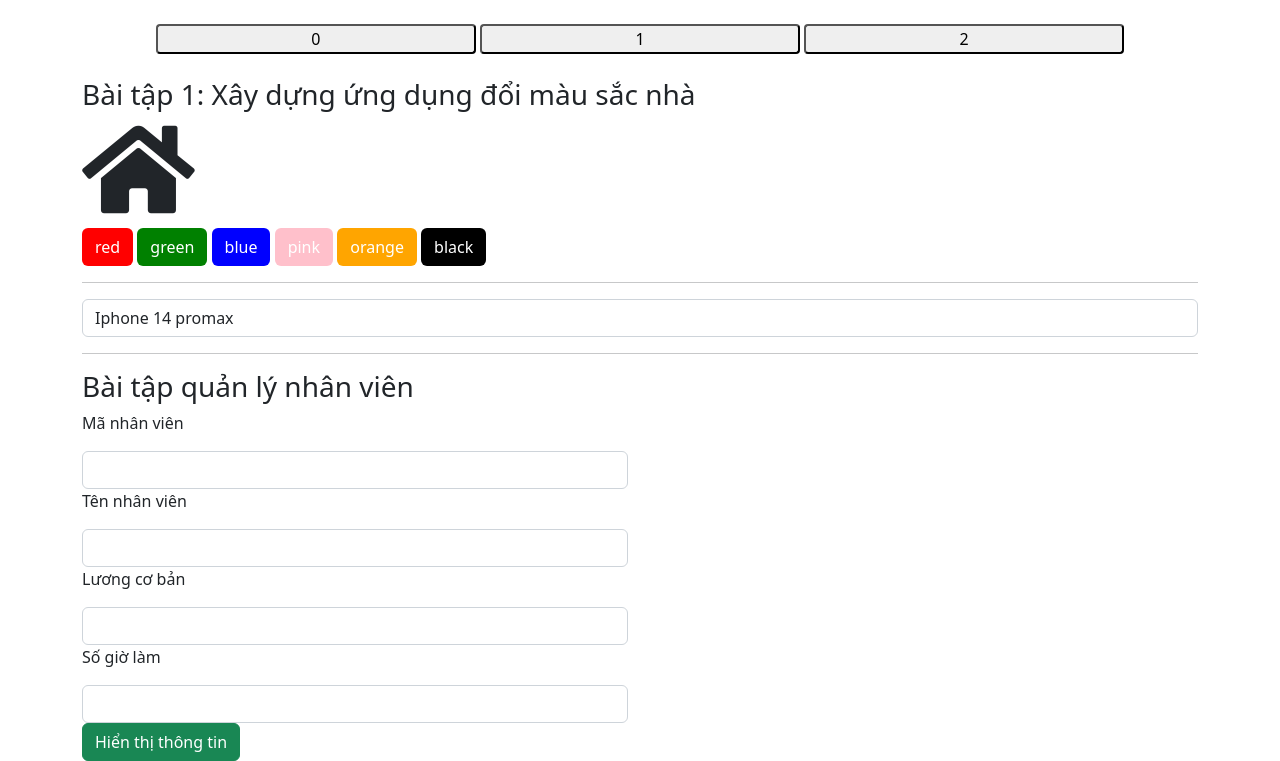
Repository: hcozyph/CyberSoft_Bai_Tap_Tren_Lop
Page: ES6/ES6_BASIC/index.html
An editor plug-in stored every save of this project. The page is shown before and after the next save, followed by the edit.
The browser window is 1280 px wide. The pictures show the whole page.
Some web libraries are served in a nearby version.

Above is the page before, as saved 2023-03-22 20:12:51.

### ES6/ES6_BASIC/index.html
<!DOCTYPE html>
<html lang="en">
    <head>
        <title>ES6-BASIC</title>
        <!-- Required meta tags -->
        <meta charset="utf-8" />
        <meta
            name="viewport"
            content="width=device-width, initial-scale=1, shrink-to-fit=no"
        />

        <link
            rel="stylesheet"
            href="https://use.fontawesome.com/releases/v5.1.1/css/all.css"
            integrity="sha384-O8whS3fhG2OnA5Kas0Y9l3cfpmYjapjI0E4theH4iuMD+pLhbf6JI0jIMfYcK3yZ"
            crossorigin="anonymous"
        />
        <!-- Bootstrap CSS v5.2.1 -->
        <link
            href="https://cdn.jsdelivr.net/npm/bootstrap@5.2.1/dist/css/bootstrap.min.css"
            rel="stylesheet"
            integrity="sha384-iYQeCzEYFbKjA/T2uDLTpkwGzCiq6soy8tYaI1GyVh/UjpbCx/TYkiZhlZB6+fzT"
            crossorigin="anonymous"
        />
    </head>

    <body>
        <div class="text-center my-4">
            <button class="w-25 rounded-1">0</button>
            <button class="w-25 rounded-1">1</button>
            <button class="w-25 rounded-1">2</button>
        </div>

        <div class="container">
            <h3>Bài tập 1: Xây dựng ứng dụng đổi màu sắc nhà</h3>
            <i class="fa fa-home" id="home" style="font-size: 100px"></i>

            <div id="colors" class="mt-2">
                <button class="btn text-white" style="background-color: red">
                    Red
                </button>
            </div>
            <hr />
            <input
                type="text"
                name=""
                id="tenSP"
                value="Iphone 14 promax"
                class="form-control"
            />

            <hr />
            <h3>Bài tập quản lý nhân viên</h3>
            <form id="NhanVien">
                <div class="row">
                    <div class="col-md-6">
                        <div class="form-group">
                            <p>Mã nhân viên</p>
                            <input
                                type="text"
                                name=""
                                id="maNhanVien"
                                class="form-control"
                            />
                        </div>
                        <div class="form-group">
                            <p>Tên nhân viên</p>
                            <input
                                type="text"
                                name=""
                                id="tenNhanVien"
                                class="form-control"
                            />
                        </div>
                        <div class="form-group">
                            <p>Lương cơ bản</p>
                            <input
                                type="text"
                                name=""
                                id="luongCoBan"
                                class="form-control"
                            />
                        </div>
                        <div class="form-group">
                            <p>Số giờ làm</p>
                            <input
                                type="text"
                                name=""
                                id="soGioLam"
                                class="form-control"
                            />
                        </div>
                        <div class="form-group">
                            <button class="btn btn-success" type="submit">
                                Hiển thị thông tin
                            </button>
                        </div>
                    </div>
                </div>
            </form>
        </div>

        <!-- Bootstrap JavaScript Libraries -->
        <script
            src="https://cdn.jsdelivr.net/npm/@popperjs/core@2.11.6/dist/umd/popper.min.js"
            integrity="sha384-oBqDVmMz9ATKxIep9tiCxS/Z9fNfEXiDAYTujMAeBAsjFuCZSmKbSSUnQlmh/jp3"
            crossorigin="anonymous"
        ></script>

        <script
            src="https://cdn.jsdelivr.net/npm/bootstrap@5.2.1/dist/js/bootstrap.min.js"
            integrity="sha384-7VPbUDkoPSGFnVtYi0QogXtr74QeVeeIs99Qfg5YCF+TidwNdjvaKZX19NZ/e6oz"
            crossorigin="anonymous"
        ></script>
        <script type="module" src="./index.js"></script>
    </body>
</html>

### ES6/ES6_BASIC/index.js
/*-------  Cơ chế khai báo biến ------ */

/*
PHẠM VI BIẾN
- var: Hỗ trợ cơ chế hoisting, nên phạm vi biến là toàn cục

- let:
    > KHÔNG hỗ trợ cơ chế hoisting khi khai báo biến trùng tên với nhau trên cùng một scope thì browser báo lỗi.
    > Khi khai báo let ở các scope khác nhau thi giá trị sẽ phân biệt.

- const: Tương tự let, tuy nhiên giá trị không được phép gán lại.

=>>> Dùng let thay thế cho var thì khai báo biến trong ES6
*/

// var arrButton = document.querySelectorAll('button');

// for (var index = 0; index < arrButton.length; index++) {
//     let btn = arrButton[index];
//     btn.onclick = function () {
//         alert(btn.innerHTML);
//     }
// }

/*------- HÀM -------*/

//----------declaration function ----- <Hỗ trợ hoisting>
function tenHam() {
    console.log('ten ham');
}

//-----------express function ----- <Không hỗ trợ hoisting>
var showMessage = function () {
    console.log('showMessage');
}


/*
------------- CONTEXT (ngữ cảnh this) ----------------

OBJECT: trong object thì this sẽ là object.

FUNCTION: trong function đối tượng nào thực thi phương thức thì this sẽ là đối tượng đó. Nói cách khác this trong function là function đó.

DEFAULT: this là window.(Khi ngữ cảnh trồng chéo nhau). Nếu mở tính năng module của thẻ script thì sẽ báo lỗi

*/
let hoTen = 'nguyen van teo';
console.log('width:', window.innerWidth);
console.log('title:', window.document.title);
console.log('name:', window.hoTen);


// var sinhvien = {
//     ma: 1,
//     ten: 'Phuoc',
//     hienThiThongTin: function () {
//         function hienThi() {
//             console.log(this.ma);
//             console.log(this.ten);
//         }
//         hienThi();
//     }
// }
// sinhvien.hienThiThongTin();


function Product() {
    this.id = '';
    this.name = '';
    this.showInfo = function () {
        console.log('id', this.id);
        console.log('name', this.name);
    };
}

var prd1 = new Product();
prd1.id = 1;
prd1.name = 'Product A';
prd1.showInfo();

var prd2 = new Product();
prd2.id = 2;
prd2.name = 'Product B';
prd2.showInfo();


/*----------- ARROW FUNCTION  ------------*/

/* Arrow function là cách khai báo hàm với cú pháp '=>'
    + Khai báo hàm ngắn gọn hơn:
        + Đối với hàm chỉ có 1 tham số thì sẽ không cẩn () cho tham số. VD: (title) => {} tương đương title => {}
        + Đối với hàm chỉ có 1 lệnh return thì sẽ không cần ghi chữ return và {}. Ví dụ (a,b)=> {return a+b;} tương đương (a,b) => a+b

    + Loại bỏ được ngữ cảnh (this)
    + Không dùng cho việc khai báo Prototype và cũng không hỗ trợ hoisting => dùng cho mục đích khai báo hàm( hàm không phụ thuộc vào prototype)
*/

var showInfoProduct = () => {
    console.log('Hello hcozyph bc43');
    console.log(this);
}
// var prd = new showInfoProduct();'

var sayHello = (name) => {
    return 'hello' + name;
}

var sayHelloArrow = name => `hello ${name}`;

/* -----------BÀI TẬP ----------------- */
let arrColors = ['red', 'green', 'blue', 'pink', 'orange', 'black'];


////Cách 1: tạo ra các button bằng DOM => append lên ui
// let renderButton = () => {
//     for (let index = 0; index < arrColors.length; index++) {
//         let color = arrColors[index];
//         //Tạo button
//         let btn = document.createElement('button');
//         btn.className = 'btn';
//         btn.style.background = color;
//         btn.innerHTML = color;
//         btn.onclick = function () {
//             document.getElementById('home').style.color = color;
//         }
//         document.getElementById('colors').appendChild(btn);
//     }
// }


////Cách 2:
let renderButton = (array) => {
    let htmlString = '';
    for (var index = 0; index < array.length; index++) {
        let color = array[index];
        htmlString += `
            <button class="btn text-white" style="background-color: ${color}" onclick="changeColor('${color}')">${color}</button>
        `
    }
    console.log(htmlString);
    document.querySelector('#colors').innerHTML = htmlString;
}
renderButton(arrColors);


/* !!!! CHÚ Ý: nếu dòng 147 dùng "let changeColor = (color) {}" thì sẽ bị lỗi vì let k hỗ trợ hoisting => phải dùng window.changeColor  */
window.changeColor = (color) => {
    // console.log(color);
    document.querySelector('#home').style.color = color;
}

///------------DEFAULT PARAMETER VALUES------
var getUserInfo = (name = 'Mị', age = 18) => {
    if (age > 0 && age < 30) {
        console.log(`${name} còn trẻ ${name} muốn đi chơi !`)
    }
}
getUserInfo('Nam', 19);


///----------- REST PARAMETER --------------
function tinhTong(...arrSo) {
    switch (arrSo.length) {
        case 2: {
            console.log('Tổng =', arrSo[0] + arrSo[1]);
        }; break;
        case 3: {
            console.log('Tổng =', arrSo[0] + arrSo[1] + arrSo[2]);
        }; break;
        default: {
            console.log('Tham số không hợp lệ');
        }
    }
}
tinhTong(2, 3);
tinhTong(2, 3, 5);
tinhTong(2, 3, 5, 4);



////------SPREAD OPERATOR ----- dùng để sao chép giá trị của OBJECT hoặc ARRAY

let number1 = 5;
let number2 = number1;
number2 = 10;

console.log('number1', number1)
console.log('number2', number2)


let arr1 = [1, 2, 3, 4, 5];
let arr2 = [...arr1, 6];
console.log('arr1', arr1);
console.log('arr2', arr2);


////-----DESTRUCTURING------------ dùng để bóc tách phần tử trong mảng hoặc object
let prod10 = {
    id: 5,
    name: 'Iphone',
    price: 1000,
    showInfo: function () {
        console.log('showInfo');
        console.log('giá tiền', this.price)
    }
}

//es5
//let id = prod10.id

//es6
let { id: maSO, name, showInfo, ...restProd } = prod10;
showInfo.bind(prod10)(); //---> cho biết showInfo là cái gì
console.log(maSO);

function main() {
    return function () {
        console.log('abc');
    }
}
//main() //1
//main() //1
//main()()


////- DESTRUCTURING FOR ARRAY

let [idProd, nameProd, priceProd, showInfoProd] = [5, 'iphone', 1000,
    function () {
        console.log('Gía tiền', thongTinSP[2]);
    }]

console.log('Tên SP', nameProd);



////- TEMPLATE STRING ``


////- OBJECT LITERAL: sử dụng tên biến làm tên thuộc tính ---

let tenLopHoc = 'CyberSoft BC43';
let maLop = 'BC43';

let lopHoc = {
    maLop,
    tenLopHoc
}

console.log('lopHoc', lopHoc);


let hocSinh = {
    ['mã học viên']: 'BCSV001',
}

console.log(hocSinh['mã học viên']);


var tagInput = document.getElementById('tenSP')
let sanPham = {
    [tagInput.id]: tagInput.ariaValueMax,
}
console.log(sanPham);

/*
    FOR IN: thường dùng để duyệt key của object

    FOR OF: thường dùng để duyệt các phần tử của mảng
*/
let arrProduct = [
    { id: 1, name: 'Galaxy note 8', price: 1000 },
    { id: 2, name: 'Galaxy note 9', price: 1000 },
    { id: 3, name: 'Galaxy note 10', price: 1000 },
]
//console.log tất cả sản phẩm trong mảng arrProduct
for (let phone of arrProduct) {
    console.log(phone);
}

for (let index in arrProduct) {
    console.log('index', index);
    console.log('object', arrProduct[index]);
}

/*
    let object = {
        key : value
    }
    let arr = {
        index : value
    }
*/

let productPhone = { id: 3, name: 'iphone 13', price: 5000 }

for (let key in productPhone) {
    console.log(key, productPhone[key]);
}

After the next save:
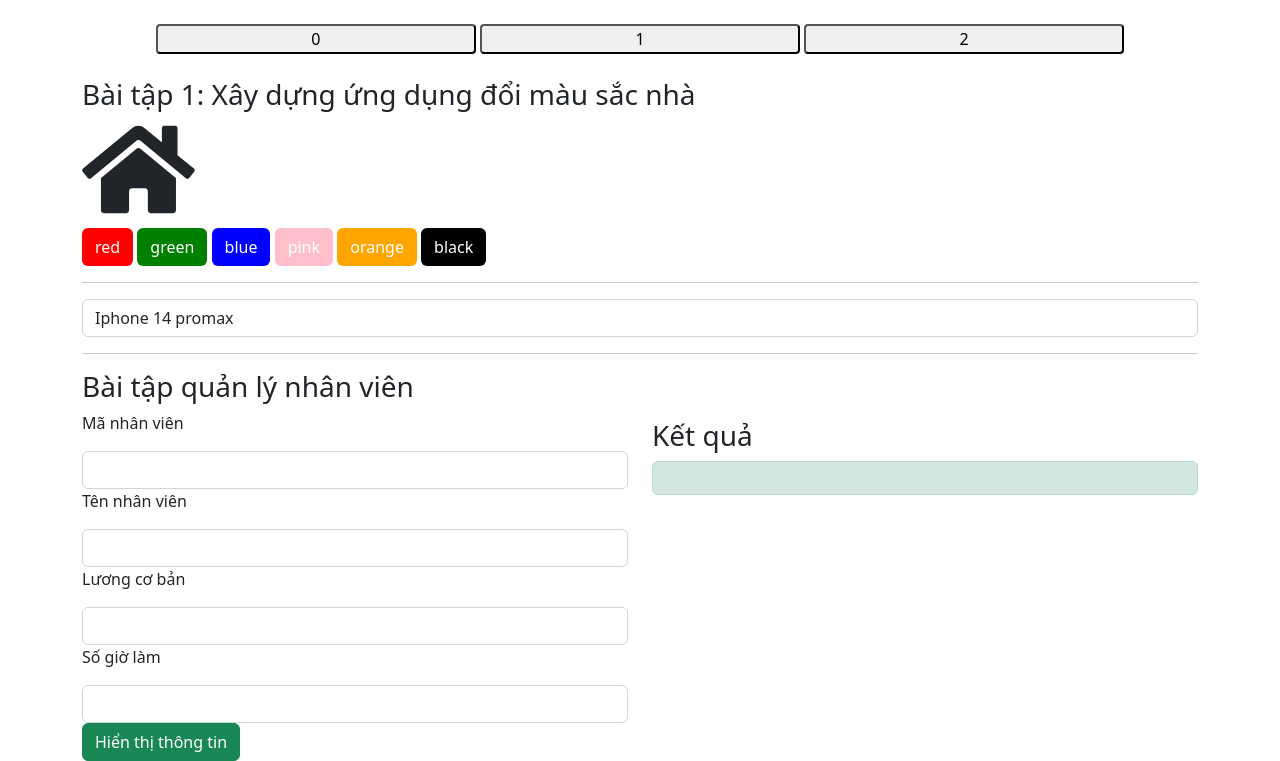
Saved 57 s later.
--- a/ES6/ES6_BASIC/index.html
+++ b/ES6/ES6_BASIC/index.html
@@ -96,6 +96,13 @@
                             </button>
                         </div>
                     </div>
+                    <div class="col-md-6">
+                        <h3 class="mt-2">Kết quả</h3>
+                        <div
+                            id="ketQuaHienThi"
+                            class="alert alert-success"
+                        ></div>
+                    </div>
                 </div>
             </form>
         </div>
